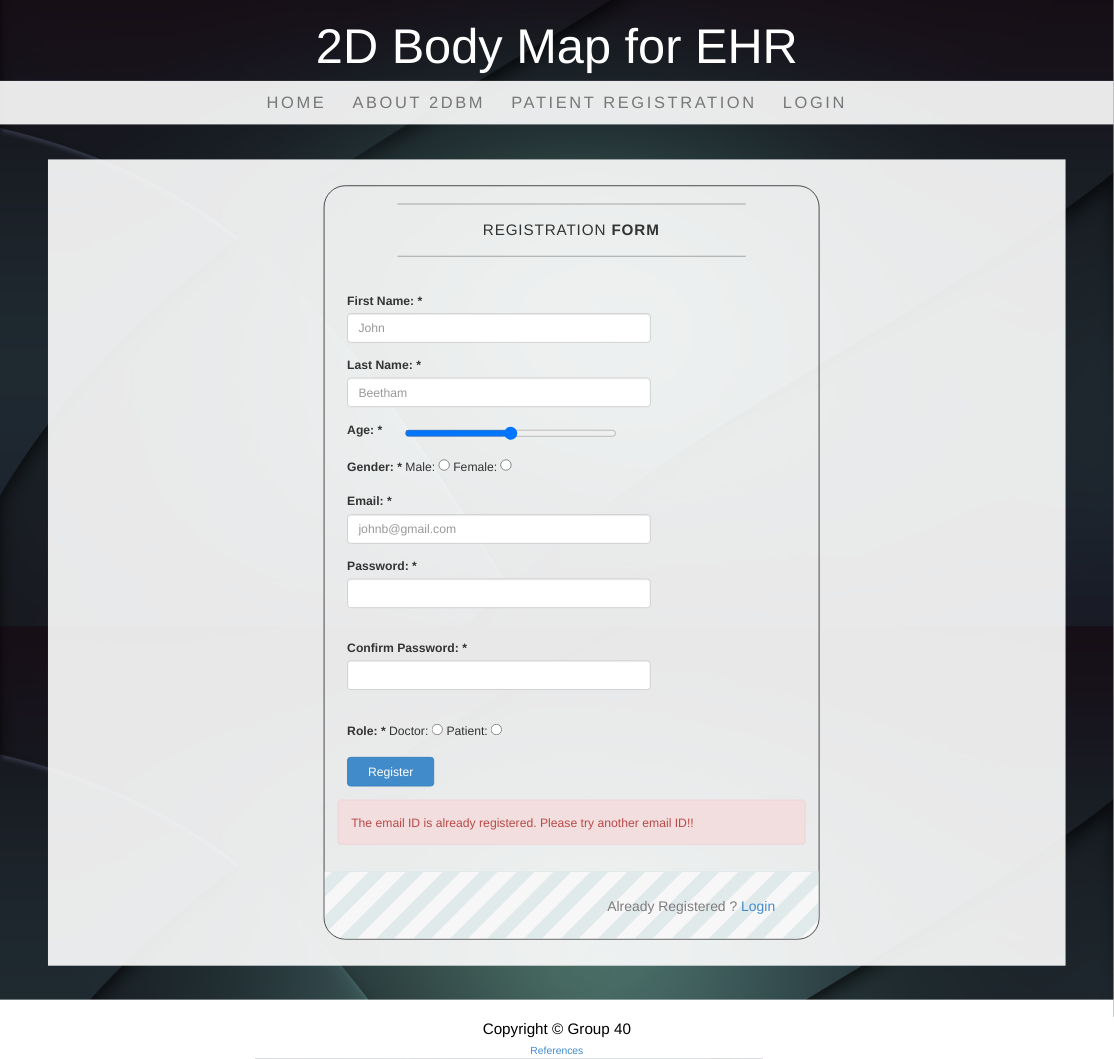
Repository: giftsondp/bodymap_new
Page: http://localhost/TwoDMapperforEHR1/Register.jsp
These files come from the project's save history. The page is drawn as it stood at one moment and after the next save; the edit follows.
The browser window is 1280 px wide. The pictures show the whole page, at 87% of full size.
Backgrounds fixed to the window are drawn as part of the page. Some web libraries are served in a nearby version. The page is served by Tomcat 9.

Above is the page before, as saved 2013-11-20 09:30:45.
Console error: TypeError: Cannot read properties of undefined (reading 'fn')

After the next save:
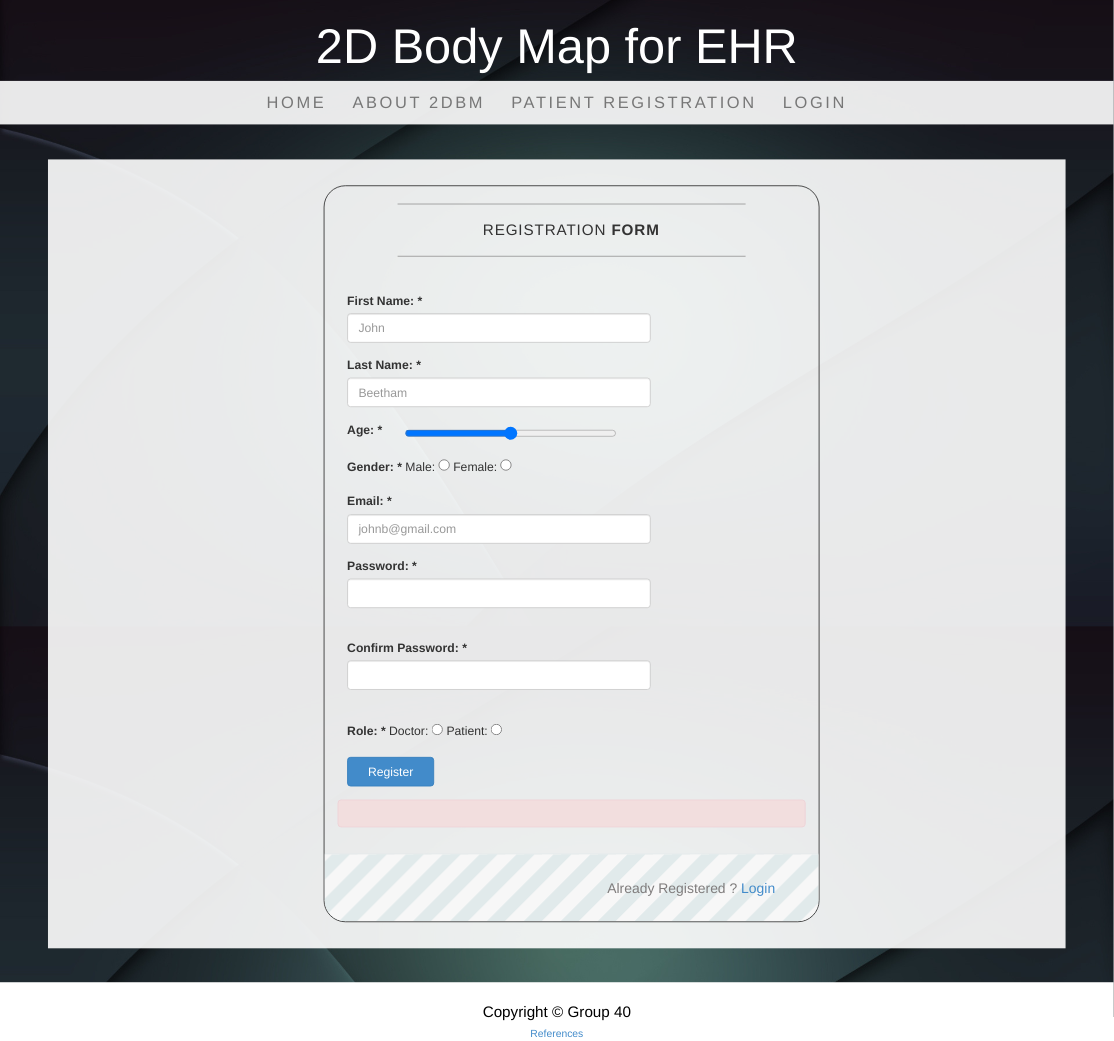
Saved 28 s later.
--- a/TwoDMapperforEHR1/WebContent/Register.jsp
+++ b/TwoDMapperforEHR1/WebContent/Register.jsp
@@ -242,7 +242,7 @@
                 </div>
                  <div class="alert alert-danger alert-dismissable" id="errorDiv">
           <!--     <button type="button" class="close" data-dismiss="alert" id="error" aria-hidden="true">&times;</button> -->
-             	The email ID is already registered. Please try another email ID!!
+
             </div>
              <p class="change_linkreg">
 									Already Registered ?
